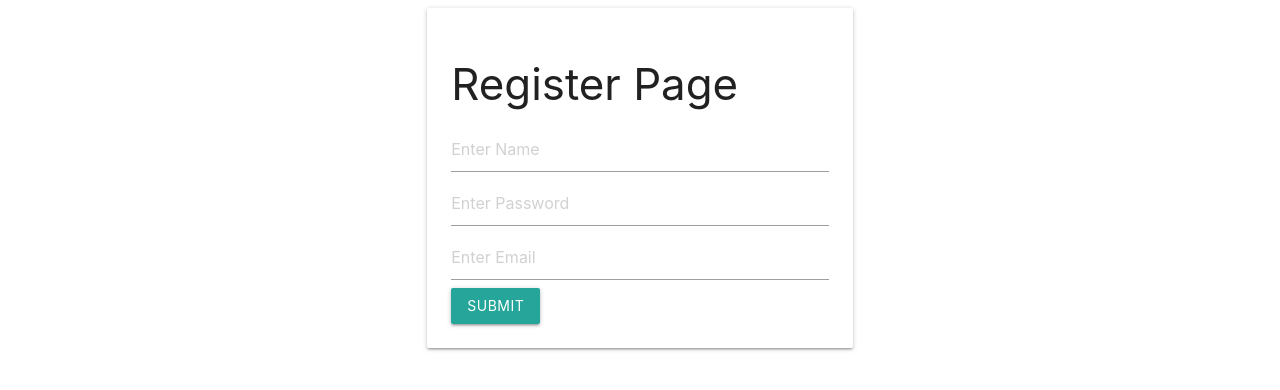
Repository: nin19/advance_java
Page: http://localhost/register-module/
These files come from the project's save history. The page is drawn as it stood at one moment and after the next save; the edit follows.
The browser window is 1280 px wide. The pictures show the whole page.
The page is served by Tomcat 9.

Above is the page before, as saved 2024-10-17 13:42:24.

After the next save:
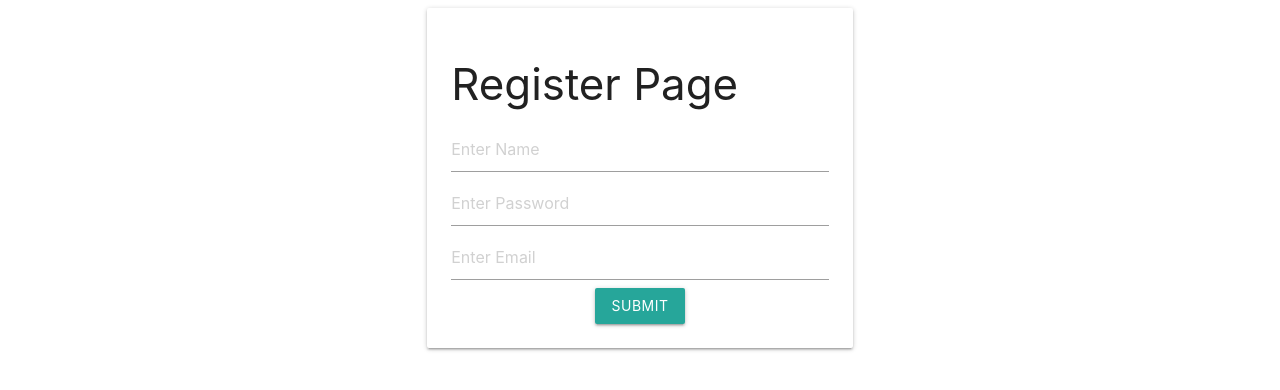
Saved 24 s later.
--- a/servlet/register-module/src/main/webapp/signup.jsp
+++ b/servlet/register-module/src/main/webapp/signup.jsp
@@ -20,13 +20,13 @@
 					<div class="card-content">
 						<h3>Register Page</h3>
 
-						<div class="form">
+						<div class="form center-align">
 							<form action="Register" method="post">
 								<input type="text" name="user_name" placeholder="Enter Name"/>
 								<input type="password" name="user_password" placeholder="Enter Password"/>
 								<input type="password" name="user_email" placeholder="Enter Email"/>
 
-								<button type="submit" class="btn center-align">Submit</button>
+								<button type="submit" class="btn">Submit</button>
 							</form>
 						</div>
 						<div class="loader">
